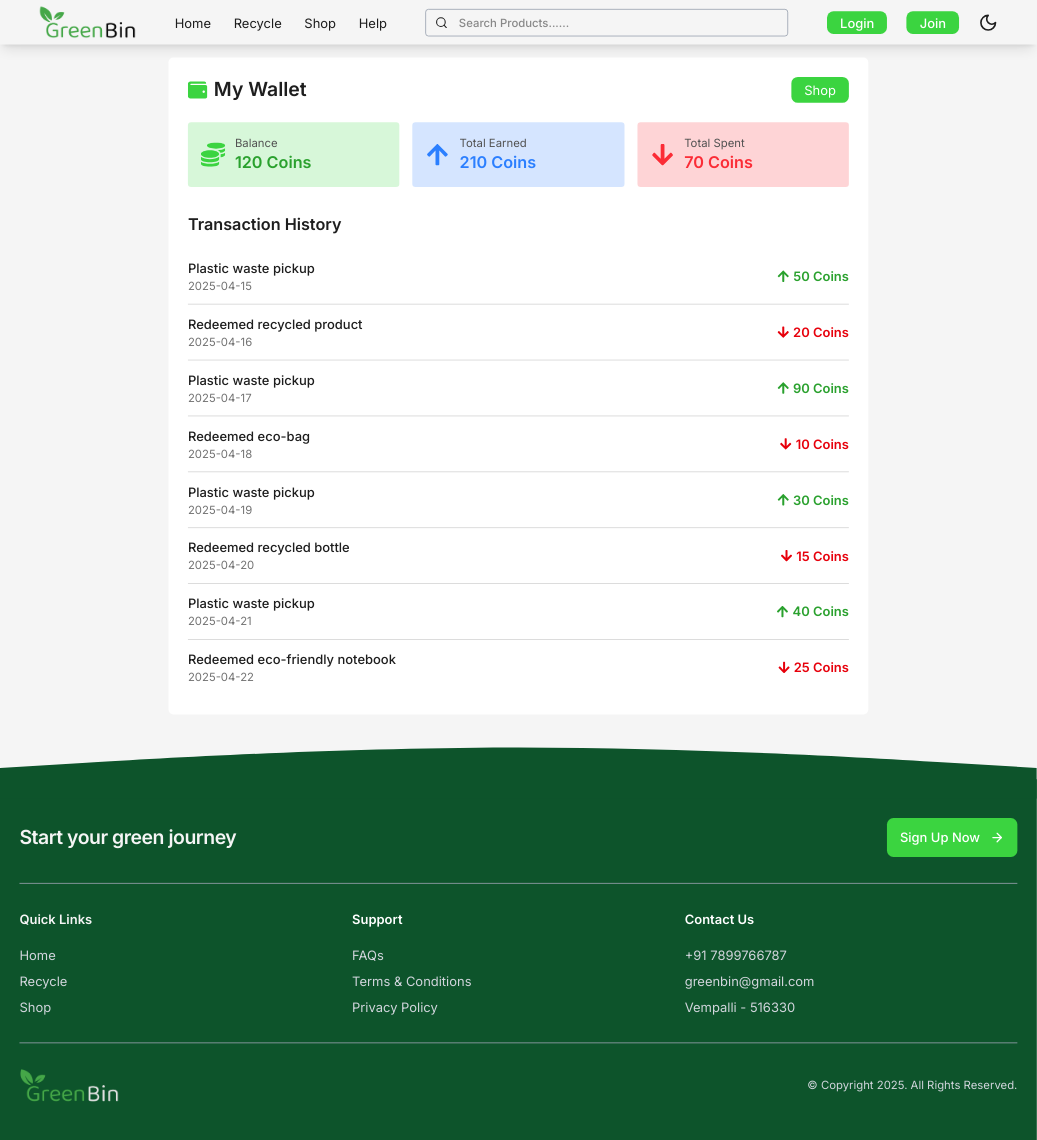
Repository: Siddhu123456/Plastic-Waste-Management
Page: /wallet (app in frontend/)
The author's editor kept a copy of each file at every save. The page is drawn from the files as they stood at one save, then again after the next save.
The browser window is 1280 px wide. The pictures show the whole page, at 81% of full size.
The project was rebuilt for these pictures with package versions that can differ from the ones it lists, and the page was loaded fresh each time. Also part of the build but not shown: frontend/vite.config.js, frontend/src/components/ProductCard.jsx, frontend/src/components/TrendingProductsCarousel.jsx, frontend/src/pages/Home.jsx, frontend/src/components/FilterBar.jsx, frontend/src/pages/customer/Shop.jsx, frontend/src/pages/customer/Recycle.jsx, frontend/src/components/CartItemCard.jsx and 14 more. Imported but missing from the stored project, and not drawn on this page: frontend/src/pages/Help, frontend/src/pages/customer/WishList.

Above is the page before, as saved 2025-05-06 13:22:32.

After the next save:
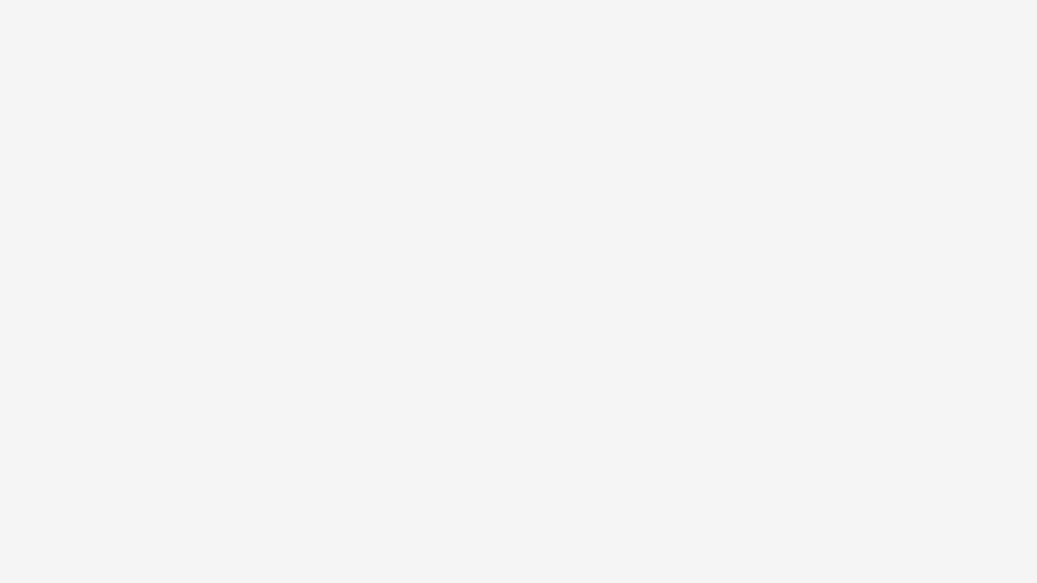
Console error: ReferenceError: useEffect is not defined
Saved 31 min 31 s later.
--- a/frontend/src/pages/customer/Wallet.jsx
+++ b/frontend/src/pages/customer/Wallet.jsx
@@ -18,8 +18,25 @@ const sampleTransactions = [
 
 const WalletDashboard = () => {
   const [balance] = useState(sampleBalance);
-  const [transactions] = useState(sampleTransactions);
+  const [transactions, setTransactions] = useState([]);
 
+    const user = JSON.parse(localStorage.getItem('user'));
+    const userId = user?.id;
+
+        const fetchTrans = async () => {
+          try {
+            const response = await axios.get(`http://localhost:8080/api/transactions/user/${userId}`);
+            setTransactions(response.data);
+          } catch (error) {
+            console.error("Failed to fetch transactions:", error);
+          }
+        };
+
+        useEffect(() => {
+          if (userId) {
+            fetchTrans();
+          }
+        }, [userId]);
 
   // Totals
   const totalEarned = transactions.filter(tx => tx.type === 'credit').reduce((sum, tx) => sum + tx.amount, 0);

After the save that followed:
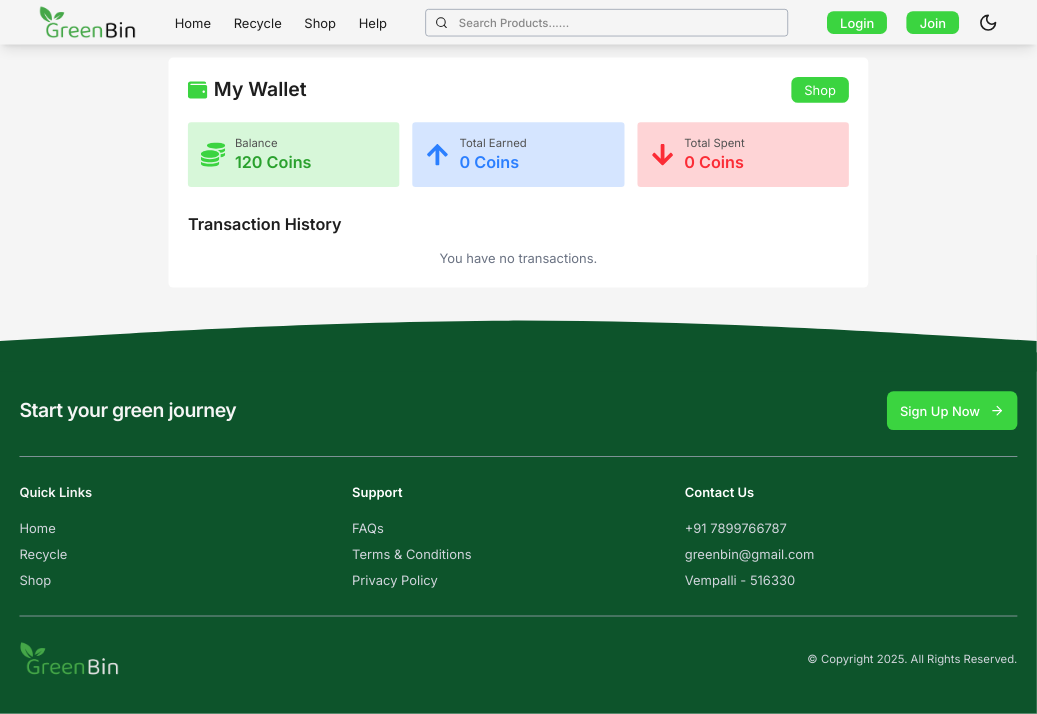
The error is gone.
Saved 32 s later.
--- a/frontend/src/pages/customer/Wallet.jsx
+++ b/frontend/src/pages/customer/Wallet.jsx
@@ -1,4 +1,5 @@
-import React, { useState } from 'react';
+import axios from 'axios';
+import React, { useEffect, useState } from 'react';
 import { FaCoins, FaArrowUp, FaArrowDown, FaWallet, FaSearch } from 'react-icons/fa';
 import { Link } from 'react-router-dom';
 
